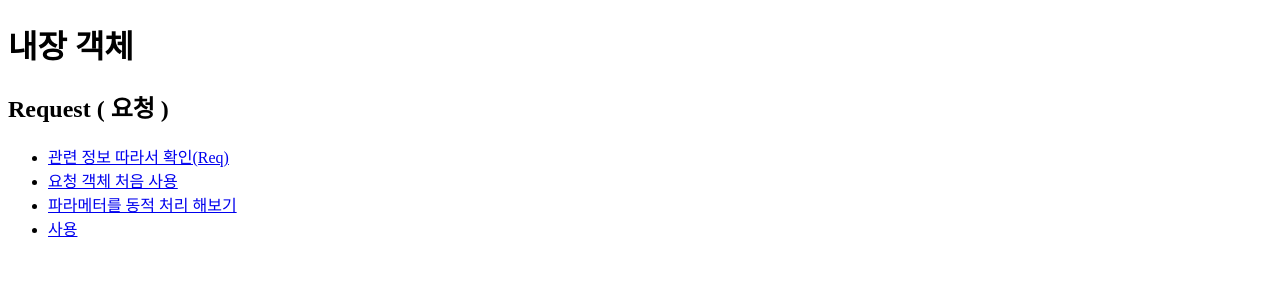
Repository: SanctusAlbino/Jsp_Servlet
Page: http://localhost/04.Implicit/
These files come from the project's save history. The page is drawn as it stood at one moment and after the next save; the edit follows.
The browser window is 1280 px wide. The pictures show the whole page.
The page is served by Tomcat 9. Other server files are loaded and not shown.

Above is the page before, as saved 2023-05-22 02:55:18.

### 04.Implicit/src/main/webapp/index.jsp
<%@ page language="java" contentType="text/html; charset=UTF-8"
    pageEncoding="UTF-8"%>
<!DOCTYPE html>
<html>
<head>
<meta charset="UTF-8">
<title>Insert title here</title>
</head>
<body>
	<h1> 내장 객체 </h1>
	<h2> Request ( 요청 )</h2>
	<ul>
		<li><a href="Ex01_Request/Ex00_IntoReqeust.jsp">관련 정보 따라서 확인(Req)</a></li>
		<li><a href="Ex01_Request/Ex01_Request.jsp">요청 객체 처음 사용</a></li>
		<li><a href="Ex01_Request/Ex02_Request.jsp">파라메터를 동적 처리 해보기</a></li>
		<li><a href="Ex01_Request/Ex03_Request.jsp"> 사용</a></li>

	</ul>

</body>
</html>

After the next save:
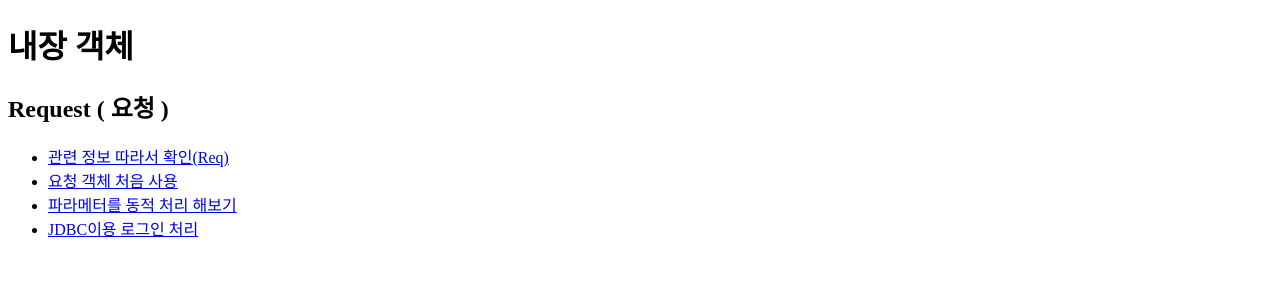
Saved 61 s later.
--- a/04.Implicit/src/main/webapp/index.jsp
+++ b/04.Implicit/src/main/webapp/index.jsp
@@ -13,7 +13,7 @@
 		<li><a href="Ex01_Request/Ex00_IntoReqeust.jsp">관련 정보 따라서 확인(Req)</a></li>
 		<li><a href="Ex01_Request/Ex01_Request.jsp">요청 객체 처음 사용</a></li>
 		<li><a href="Ex01_Request/Ex02_Request.jsp">파라메터를 동적 처리 해보기</a></li>
-		<li><a href="Ex01_Request/Ex03_Request.jsp"> 사용</a></li>
+		<li><a href="Ex01_Request/Ex03_Request.jsp">JDBC이용 로그인 처리</a></li>
 
 	</ul>
 
